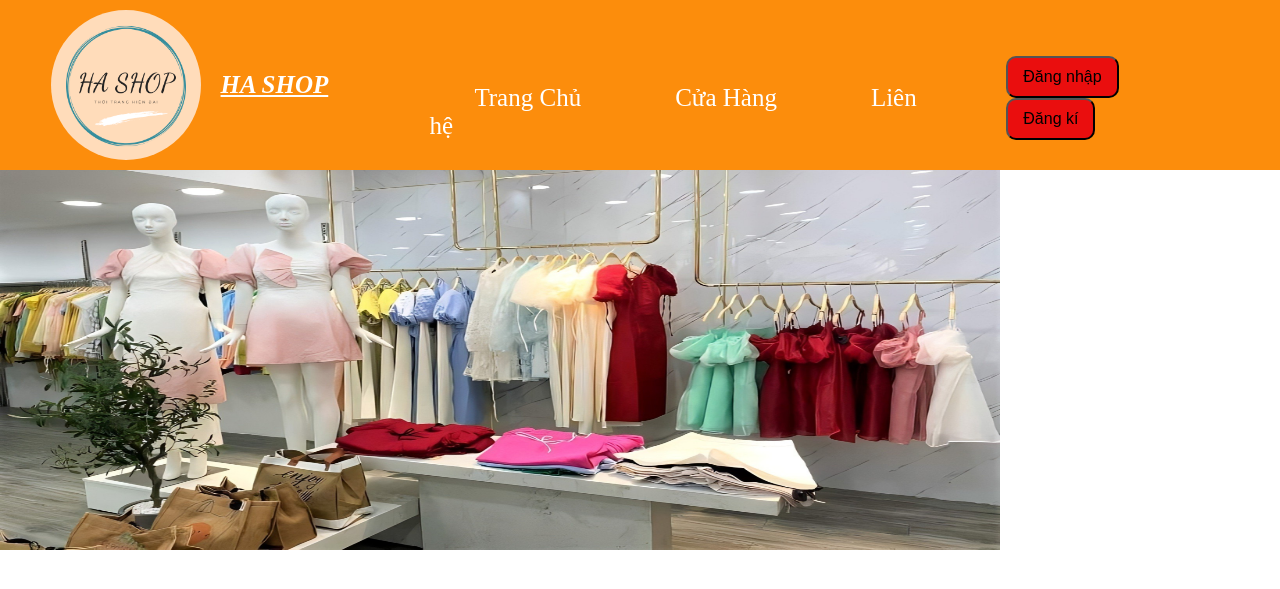
Repository: manhhieu120499/demo_page
Page: trangchu.html
The author's editor kept a copy of each file at every save. The page is drawn from the files as they stood at one save, then again after the next save.
The browser window is 1280 px wide. The pictures show the whole page.

Above is the page before, as saved 2023-03-04 10:12:37.

After the next save:
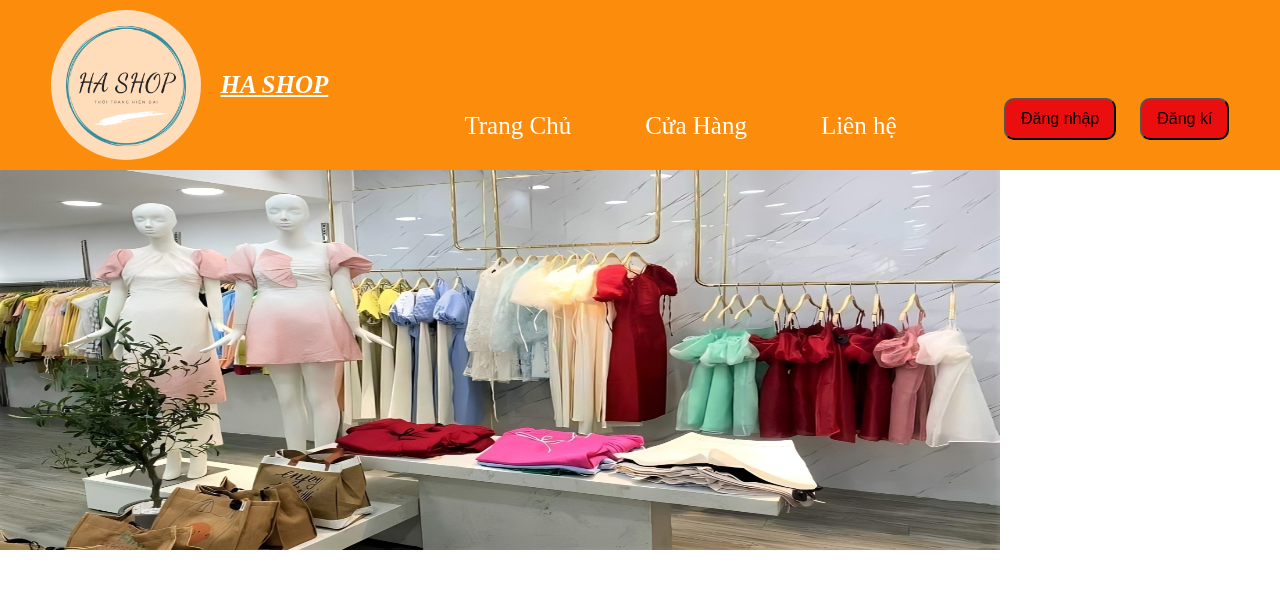
Saved 13 s later.
--- a/style_trangchu.css
+++ b/style_trangchu.css
@@ -38,7 +38,7 @@
     color: white;
     text-decoration: none;
     font-size: 25px;
-    padding: 10px 45px;
+    padding: 10px 35px;
 }
 
 .right-header {
